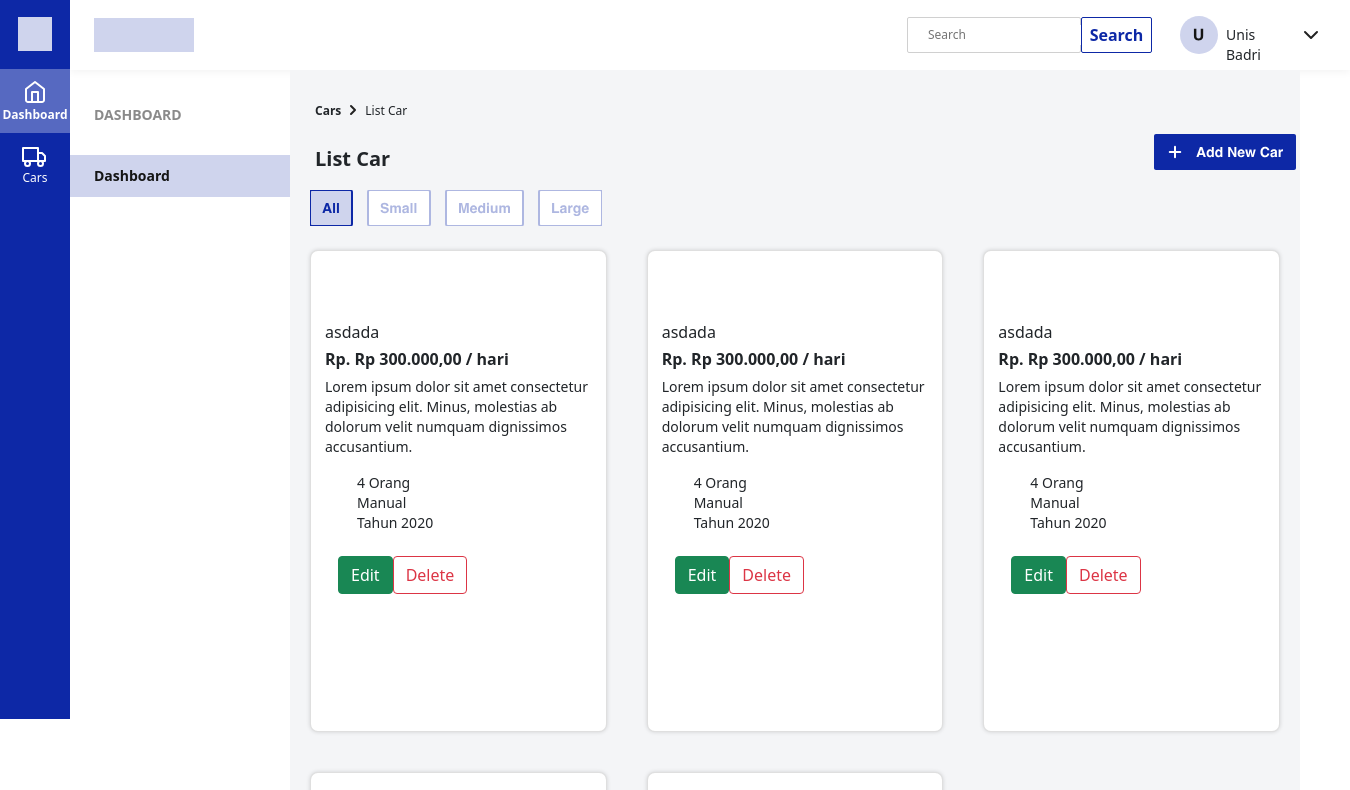
Repository: farrelmuhammad/challenge-7-binar
Page: /carlist
The author's editor kept a copy of each file at every save. The page is drawn from the files as they stood at one save, then again after the next save.
The browser window is 1280 px wide. The page is 1350 px wide, so the pictures cover 1350 px, including what lies to the right of the window. The pictures show the whole page.
An inner scrolling area shows only its first screen. The project was rebuilt for these pictures with package versions that can differ from the ones it lists, and the page was loaded fresh each time. Also part of the build but not shown: src/component/navbar.js, src/component/header.js, src/component/footer.js, src/App.js, src/component/admin/Dashboard/index.jsx, src/pages/admin/Dashboard.js, src/component/searchForm.js, src/pages/cars.js.

Above is the page before, as saved 2022-05-27 20:00:24.

### src/index.css
body {
  font-family: Helvetica Neue, Helvetica, Arial, sans-serif;
  font-style: normal;
  font-weight: normal;
  font-size: 14px;
  line-height: 20px;
  margin: 0;
  padding: 0;
}

h1,
h2,
h3,
h4,
h5 {
  line-height: 150%;
}

.header{
  background-color: #F1F3FF;
}

.footer i {
  color: #0D28A6;
  font-size: x-large;
}

.bg-darkblue{
  background-color: #0D28A6;
}

.logo {
  background-color: #0D28A6;
  width: 100px;
  height: 34px;
}

code {
  font-family: source-code-pro, Menlo, Monaco, Consolas, 'Courier New',
    monospace;
}

.card-cari {
  width: 1047px;
  /* height: 106px; */
  margin-top: -50px;
  z-index: 2;
}
.button-cari {
  width: 92px !important;
  margin-top: 30px;
  height: 36px;
}
.activeCari {
  height: 100%;
  width: 0;
  position: fixed;
  z-index: 2;
  top: 0;
  left: 0;
  background-color: rgba(0, 0, 0, 0.5);
  overflow-x: hidden;
  transition: 0.5s;
  padding-top: 34px;
}

### src/component/admin/Navbar.jsx
import { Link } from 'react-router-dom';
import './Navbar.css';

const Navbar = () => {
  return (
    <header>
      {/* navbar top */}
      <div className="nav-top navbar">
        <div className="logo"></div>
        <span
          className="icon-menu iconify"
          data-icon="charm:menu-hamburger"
          data-width="24"
        ></span>
        <form className="nav-search d-flex">
          <div className="box-search">
            <span
              className="iconify"
              data-icon="akar-icons:search"
              data-width="18"
            ></span>
            <input type="search" placeholder="Search" />
          </div>
          <button className="button-search" type="submit">
            Search
          </button>
        </form>
        <div className="profile">
          <img src="img/profile.svg" alt="profile" />
          <p>Unis Badri</p>
          <img className="dropdown" src="img/dropdown.svg" alt="dropdown" />
        </div>
      </div>

      {/* navbar side */}
      <div className="nav-side">
        <div className="nav-blue">
          <div className="square"></div>
          <div className="frame-menu">
            <div className="dash-img" id="active">
              <a href="/dashboard">
                <img src="/img/dashboard.svg" alt="dashboard" />
              </a>
              <a href="/dashboard">Dashboard</a>
            </div>
            <div className="dash-img">
              <Link to="/carlist">
              <a>
                <img src="/img/cars.svg" alt="cars" />
                Cars
              </a>
              </Link>
            </div>
          </div>
        </div>
        <div className="nav-white">
          <div className="title-menu">
            <h1>DASHBOARD</h1>
          </div>
          <div className="list-menu">
            <h1>Dashboard</h1>
          </div>
        </div>
      </div>
    </header>
  );
};

export default Navbar;

### src/component/admin/Cars/index.jsx

import { Link } from "react-router-dom";
import "./Content.css";

const CarsListContent= () => {
    const dataOrder = [
        {
          id: "1",
          email: "admin@admin.com",
          car: "Innova",
          start: "05-05-2022",
          finish: "08-05-2022",
          price: "Rp 300.000,00",
          status: "Done",
        },
        {
          id: "2",
          email: "admin@admin.com",
          car: "Innova",
          start: "05-05-2022",
          finish: "08-05-2022",
          price: "Rp 300.000,00",
          status: "Done",
        },
        {
          id: "3",
          email: "admin@admin.com",
          car: "Innova",
          start: "05-05-2022",
          finish: "08-05-2022",
          price: "Rp 300.000,00",
          status: "Done",
        },
        {
          id: "4",
          email: "admin@admin.com",
          car: "Innova",
          start: "05-05-2022",
          finish: "08-05-2022",
          price: "Rp 300.000,00",
          status: "Done",
        },
        {
          id: "5",
          email: "admin@admin.com",
          car: "Innova",
          start: "05-05-2022",
          finish: "08-05-2022",
          price: "Rp 300.000,00",
          status: "Done",
        },
      ];

  return (
    <>
      <div className="content">
        <div className="breadcrumb">
          <h1>Cars</h1>
          <img src="img/arrow-right.svg" alt="arrow-right" />
          <p>List Car</p>
        </div>
        <div className="row">
            <div className="col">
                <h1 className="title-h1">List Car</h1>
            </div>
            <div className="col mt-5 p-3 text-end">
                <img src="img/btn-addcar.svg" alt="add new"/>
            </div>
        </div>
        <div className="breadcumb ms-3 p-1">
          <img src="img/breadcumb carlist.svg" alt="" />
        </div>

        {/* order table */}
        <div className="container-car">
            {dataOrder?.map((order, i) => (
                <div key={order.id} className="card">
                    <div className="image">
                        <img src="" alt="" />
                    </div>
                    <div className="info">
                        <h6>asdada</h6>
                        <h6 className="price">Rp. {order.price} / hari</h6>
                        <p>Lorem ipsum dolor sit amet consectetur adipisicing elit. Minus, molestias ab dolorum velit numquam dignissimos accusantium.</p>
                        <ul>
                            <li>4 Orang</li>
                            <li>Manual</li>
                            <li>Tahun 2020</li>
                        </ul>
                        <div className="btn">
                            <Link to='/' className="btn btn-success text-white">Edit</Link>
                            <Link to='/' className="btn btn-outline-danger">Delete</Link>
                        </div>
                    </div>
                </div>
            ))}
        </div>

        {/* table navigation */}
        <div className="table-nav">
          <div className="limit-nav">
            <p>Limit</p>
            <img src="img/form-drop.svg" alt="form-drop" />
          </div>
          <div className="jump-nav">
            <p>Jump to page</p>
            <img src="img/form-drop-2.svg" alt="form-drop-2" />
          </div>
          <div className="go-nav">
            <h1>Go</h1>
          </div>
          <div className="page-number">
            <img src="img/page-number.svg" alt="page-number" />
          </div>
        </div>

        <div className="list-car">
          <img src="img/line-blue.svg" alt="" />
          <h1>List Car</h1>
        </div>
        {/* car table */}
        <div className="list-table">
          <table className="table table-borderless">
            <thead>
              <tr>
                <th style={{ textAlign: "center" }}>No</th>
                <th>
                  Name
                  <img className="sort" src="img/sort.svg" alt="sort" />
                </th>
                <th>
                  Category
                  <img className="sort" src="img/sort.svg" alt="sort" />
                </th>
                <th>
                  Price
                  <img className="sort" src="img/sort.svg" alt="sort" />
                </th>
                <th>
                  Start Rent
                  <img className="sort" src="img/sort.svg" alt="sort" />
                </th>
                <th>
                  Finish Rent
                  <img className="sort" src="img/sort.svg" alt="sort" />
                </th>
                <th>
                  Created at
                  <img className="sort" src="img/sort.svg" alt="sort" />
                </th>
                <th>
                  Updated at
                  <img className="sort" src="img/sort.svg" alt="sort" />
                </th>
              </tr>
            </thead>
            <tbody>
              {/* {dataCarAdmin?.map((car, i) => (
                <>
                  <tr>
                    <td key={car.id} style={{ textAlign: "center" }}>
                      {i + 1}
                    </td>
                    <td>{car.name}</td>
                    <td>{car.category}</td>
                    <td>{car.price}</td>
                    <td>{car.start_rent_at}</td>
                    <td>{car.finish_rent_at}</td>
                    <td>{car.createdAt}</td>
                    <td>{car.updatedAt}</td>
                  </tr>
                </>
              ))} */}
            </tbody>
          </table>
        </div>

        {/* table navigation */}
        <div className="table-nav">
          <div className="limit-nav">
            <p>Limit</p>
            <img src="img/form-drop.svg" alt="form-drop" />
          </div>
          <div className="jump-nav">
            <p>Jump to page</p>
            <img src="img/form-drop-2.svg" alt="form-drop-2" />
          </div>
          <div className="go-nav">
            <h1>Go</h1>
          </div>
          <div className="page-number">
            <img src="img/page-number.svg" alt="page-number" />
          </div>
        </div>
      </div>
    </>
  );
};

export default CarsListContent

### src/component/admin/Navbar.css
h1 {
    font-size: 14px;
    line-height: 20px;
}

header .nav-top {
    position: absolute;
    width: 1280px;
    height: 70px;
    left: 70px;
    right: 0;
    top: 0px;
    box-shadow: 0px 2px 8px rgba(0, 0, 0, 0.05);
}

header .nav-top .logo {
    position: absolute;
    width: 100px;
    height: 34px;
    left: 24px;
    top: 18px;
    background: #CFD4ED;
}

header .nav-top .icon-menu {
    position: absolute;
    width: 24px;
    height: 24px;
    left: 244px;
    top: 23px;
}

header .nav-top .nav-search {
    display: flex;
    flex-direction: row;
    align-items: flex-start;
    padding: 0px;
    position: absolute;
    width: 245px;
    height: 36px;
    left: 837px;
    top: 17px;
}

header .nav-top .nav-search .box-search {
    display: flex;
    flex-direction: row;
    align-items: center;
    padding-left: 12px;
    width: 174px;
    height: 36px;
    border: 1px solid #D0D0D0;
    border-radius: 2px;
    font-size: 12px;
    line-height: 18px;
    color: #8A8A8A;
}

header .nav-top .nav-search .box-search > input {
    border: none;
    outline: none;
    padding-left: 8px;
}

header .nav-top .nav-search .button-search {
    display: flex;
    flex-direction: row;
    justify-content: center;
    align-items: center;
    padding: 8px 12px;
    width: 71px;
    height: 36px;
    background-color: white;
    border: 1px solid #0D28A6;
    border-radius: 2px;
    font-weight: 700;
    color:#0D28A6;
}

header .nav-top .profile {
    display: flex;
    flex-direction: row;
    align-items: center;
    position: absolute;
    width: 143px;
    height: 38px;
    left: 1110px;
    right: 24px;
    top: 16px;
}

header .nav-top .profile > p {
    position: absolute;
    width: 65px;
    height: 20px;
    left: 46px;
    top: 9px;
    font-weight: 400;
    font-size: 14px;
    line-height: 20px;
}

header .nav-top .profile .dropdown {
    position: absolute;
    width: 24px;
    height: 24px;
    left: 119px;
    top: 7px;
}

header .nav-side {
    position: absolute;
    width: 290px;
    height: 100%;
    left: 0px;
    top: -1px;
}

header .nav-side .nav-blue {
    position: absolute;
    left: 0%;
    right: 75.86%;
    top: 0%;
    bottom: 0%;
    background: #0D28A6;
}

header .nav-side .nav-blue .square {
    position: absolute;
    width: 34px;
    height: 34px;
    left: 18px;
    top: 18px;
    background: #CFD4ED;
}

header .nav-side .nav-blue .frame-menu {
    display: flex;
    flex-direction: column;
    align-items: flex-start;
    padding: 0px;
    position: absolute;
    width: 70px;
    height: 128px;
    left: 0px;
    top: 70px;
}

header .nav-side .nav-blue .frame-menu .dash-img {
    display: flex;
    flex-direction: column;
    justify-content: center;
    align-items: center;
    padding: 20px 23px;
    position: static;
    width: 70px;
    height: 64px;
    left: 0px;
    top: 0px;
}

#active {
    font-weight: 700;
    background: rgba(255, 255, 255, 0.3);
}

header .nav-side .nav-blue .frame-menu .dash-img a {
    font-size: 12px;
    line-height: 18px;
    margin-top: 2px;
    text-decoration: none;
    color: white;
}

header .nav-side .nav-blue img:last-child {
    margin-top: 0;
}

header .nav-side .nav-white {
    position: absolute;
    left: 24.14%;
    right: 0%;
    top: 7.76%;
    bottom: 0.22%;
}

header .nav-side .nav-white .title-menu {
    position: absolute;
    width: 220px;
    height: 42px;
    left: 24px;
    top: 50px;
}

header .title-menu h1 {
    font-weight: 700;
    color: #8A8A8A;
    left: 24px;
}

header .nav-side .nav-white .list-menu {
    position: static;
    margin-top: 100px;
    width: 220px;
    height: 42px;
    padding: 11px 24px;
    background: #CFD4ED;
}

header .list-menu h1 {
    font-weight: 700;
    color: #151515;
    left: 24px;
}

### src/component/admin/Dashboard/Content.css
.content {
    position: absolute;
    overflow: auto;
    left: 290px;
    top: 70px;
    /* width: 1280px; */
    height: 100%;
    background: #F4F5F7;
    font-size: 14px;
    line-height: 20px;
}

.content .breadcrumb {
    position: absolute;
    width: 300px;
    height: 18px;
    left: 25px;
    top: 32px;
}

.content .breadcrumb > h1 {
    font-size: 12px;
    line-height: 18px;
    font-weight: 700;
}

.content .breadcrumb > p {
    font-size: 12px;
    line-height: 18px;
    font-weight: 300;
}

.content .breadcrumb > img {
    width: 16px;
    height: 16px;
    margin-left: 4px;
    margin-right: 4px;
}

.content .title-h1 {
    font-size: 20px;
    line-height: 30px;
    font-weight: 700;
    margin-left: 25px;
    margin-top:74px;
}

.content .list-order {
    margin-top: 24px;
    position: absolute;
    width: 79px;
    height: 24px;
    margin-left: 25px;
}

.content .list-order > img {
    width: 4px;
    height: 24px;
}

.content .list-order > h1 {
    float: right;
    font-weight: 700;
    margin-left: 8px;
}

.content .list-table table {
    margin-left: 25px;
    margin-top: 72px;
    width: 100%;
    table-layout: fixed;
    background-color: white;
    border: 1px solid none;
    border-radius: 2px;
}

.content .list-table table thead {
    background-color: rgba(207, 212, 237, 1);
    font-weight: 700;
}

.content .list-table table thead th:first-child {
    width: 40px;
}

.content .list-table table thead th > img {
    float: right;
}

.content .table-nav {
    display: flex;
    flex-direction: row;
    width: 1010px;
    font-size: 12px;
    line-height: 18px;
    font-weight: 300;
}

.content .table-nav .limit-nav{
    margin-left: 25px;
}

.content .table-nav .limit-nav p {
    font-size: 12px;
    line-height: 18px;
}

.content .table-nav .jump-nav {
    margin-left: 24px;
}

.content .table-nav .jump-nav p {
    font-size: 12px;
    line-height: 18px;
}

.content .table-nav .go-nav {
    width: 43px;
    height: 36px;
    margin-top: 34px;
    background: #0D28A6;
    border-radius: 0px 2px 2px 0px;
}

.content .table-nav .go-nav > h1 {
    text-align: center;
    font-weight: bold;
    color: white;
    padding: 8px 8px;
}

.content .table-nav .page-number {
    margin-top: 33px;
    margin-left: 550px;
}

.content .list-car {
    margin-top: 24px;
    position: absolute;
    width: 65px;
    height: 24px;
    margin-left: 25px;
}

.content .list-car > img {
    width: 4px;
    height: 24px;
}

.content .list-car > h1 {
    float: right;
    font-weight: 700;
    margin-left: 8px;
}

.content .title-button-car {
    display: inline-flex;
}

.content .title-button-car > h1 {
    margin-right: 800px;
}

.content .title-button-car > a img {
    margin-top: 74px;
}

.content .button-category {
    margin-top: 24px;
    margin-left: 8px;
    display: inline-flex;
}

.content .button-category img {
    margin-left: 16px;
}

.content .cars-card {
    width: 320px;
    height: 482px;
    margin-left: 25px;
    margin-top: 24px;
    box-shadow: 0px 0px 4px rgba(0, 0, 0, 0.15);
    border-radius: 8px;
}

.content .cars-card .card-img-top {
    width: 270px;
    height: 160px;
    margin: auto;
    margin-top: 55px;
}

.content .cars-card .card-body {
    padding: 24px;
}

.content .cars-card .card-body .bold-h1 {
    font-weight: 700;
    font-size: 16px;
    line-height: 24px;
    margin-bottom: 0;
}

.content .cars-card .card-body-text {
    display: inline-flex;
    width: 303px;
    height: 20px;
    margin-top: 16px;
}

.content .cars-card .card-body-text img {
    margin-right: 8px;
    width: 20px;
    height: 20px;
}

.content .cars-card .button-card {
    display: inline-flex;
    margin-left: 8px;
    margin-top: 24px;
}

.content .cars-card .button-card img {
    width: 120px;
}

.content .cars-card .button-card img:last-child {
    margin-left: 16px;
}

.content .form-add-new-car {
    width: 1010px;
    height: 350px;
    background: white;
    margin-top: 32px;
    margin-left: 25px;
}

.content .form-add-new-car .content-form {
    padding-top: 16px;
    padding-left: 25px;
    font-weight: 300;
    font-size: 12px;
    line-height: 18px;
}

.content .form-add-new-car .content-form label {
    width: 147px;
}

.content .form-add-new-car .content-form input {
    width: 339px;
    height:auto;
    border: 1px solid #D0D0D0;
    border-radius: 2px;
    color: #8A8A8A;
    font-weight: 300;
    font-size: 12px;
    line-height: 18px;
}

.content .form-add-new-car .content-form .content-box {
    margin-left: 4px;
}

.content .form-add-new-car .content-h1 h1 {
    display: inline-flex;
    margin-left: 25px;
    margin-top: 16px;
    font-weight: 300;
    font-size: 12px;
    line-height: 18px;
}

.content .form-add-new-car .content-h1 h1:first-child {
    width: 147px;
}

.content .form-add-new-car .content-h1 h1:last-child {
    margin-left: 8px;
}

.content .button-form {
    display: inline-flex;
    margin-left: 9px;
}

.content .button-form img {
    margin-left: 16px;
    margin-top: 282px;
    margin-bottom: 40px;
}

Loaded but not shown: public/index.html (common file); src/app/store.js (common file); src/reportWebVitals.js (common file); src/features/counter/counterAPI.js (common file); src/features/counter/counterSlice.js (73 lines, source omitted); src/index.js (26 lines, source omitted); src/Routes.js (23 lines, source omitted); src/pages/admin/CarsList.js (14 lines, source omitted); src/component/admin/Cars/Content.css (333 lines, source omitted)

After the next save:
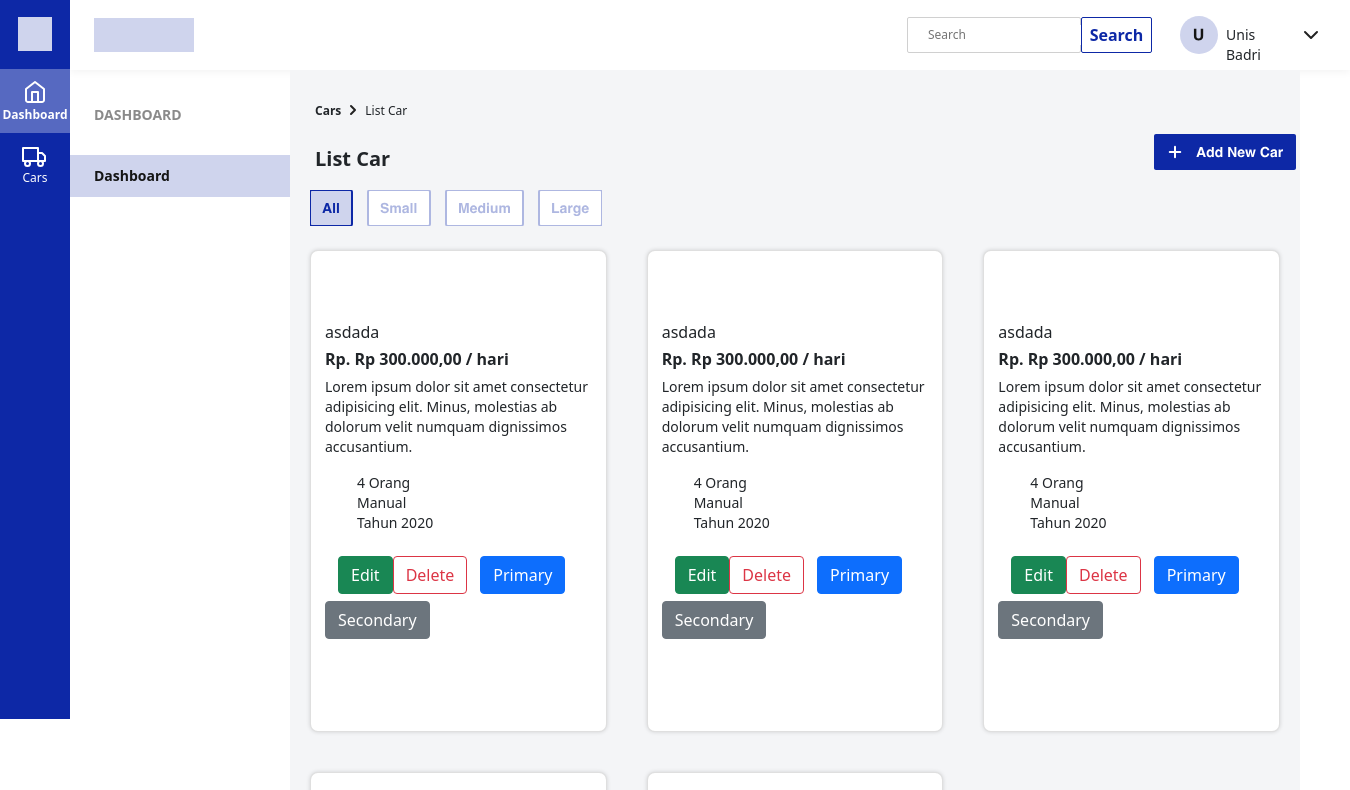
Saved 43 s later.
--- a/src/component/admin/Cars/index.jsx
+++ b/src/component/admin/Cars/index.jsx
@@ -91,6 +91,8 @@
                             <Link to='/' className="btn btn-success text-white">Edit</Link>
                             <Link to='/' className="btn btn-outline-danger">Delete</Link>
                         </div>
+                        <button type="button" class="btn btn-primary">Primary</button>
+<button type="button" class="btn btn-secondary">Secondary</button>
                     </div>
                 </div>
             ))}

After the save that followed:
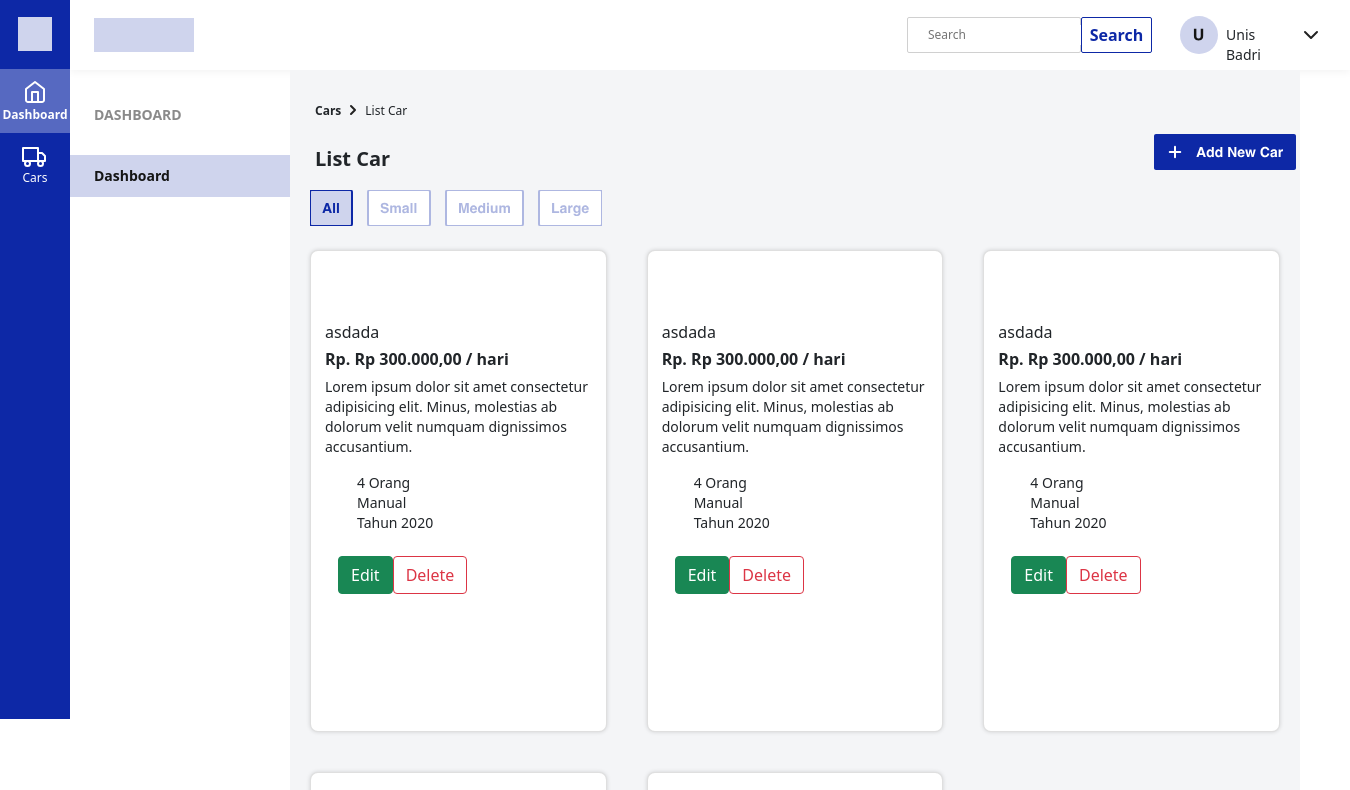
Saved 8 s later.
--- a/src/component/admin/Cars/index.jsx
+++ b/src/component/admin/Cars/index.jsx
@@ -91,8 +91,6 @@
                             <Link to='/' className="btn btn-success text-white">Edit</Link>
                             <Link to='/' className="btn btn-outline-danger">Delete</Link>
                         </div>
-                        <button type="button" class="btn btn-primary">Primary</button>
-<button type="button" class="btn btn-secondary">Secondary</button>
                     </div>
                 </div>
             ))}
